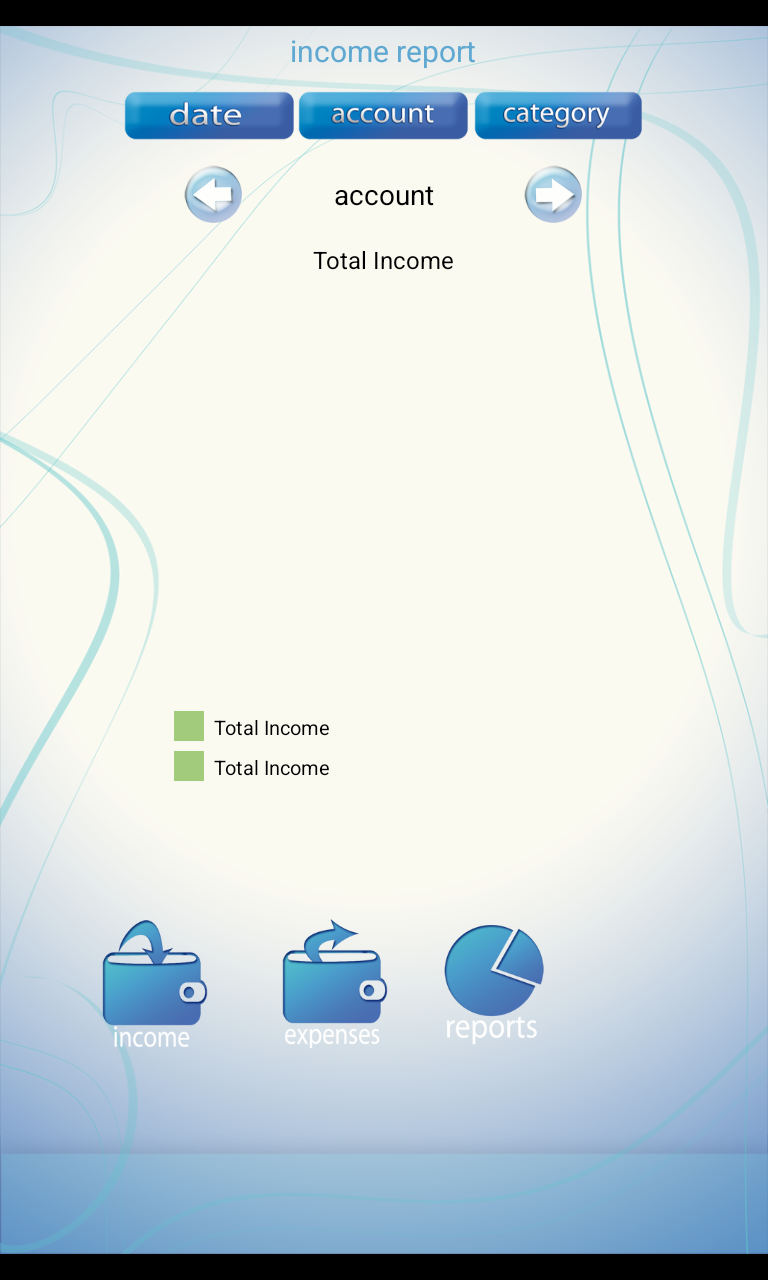
Repository: marlon-rodrigues/Nummus_Android
Layout: Nummus/res/layout/reports_screen.xml
An editor plug-in stored every save of this project. The layout is shown before and after the next save, followed by the edit.
It is drawn on a 768 x 1280 px phone screen (xhdpi) without system bars, with theme AppTheme; the app's code is not run. Lists and similar views that code fills are empty.

Above is the layout before, as saved 2012-08-21 15:33:38.

After the next save:
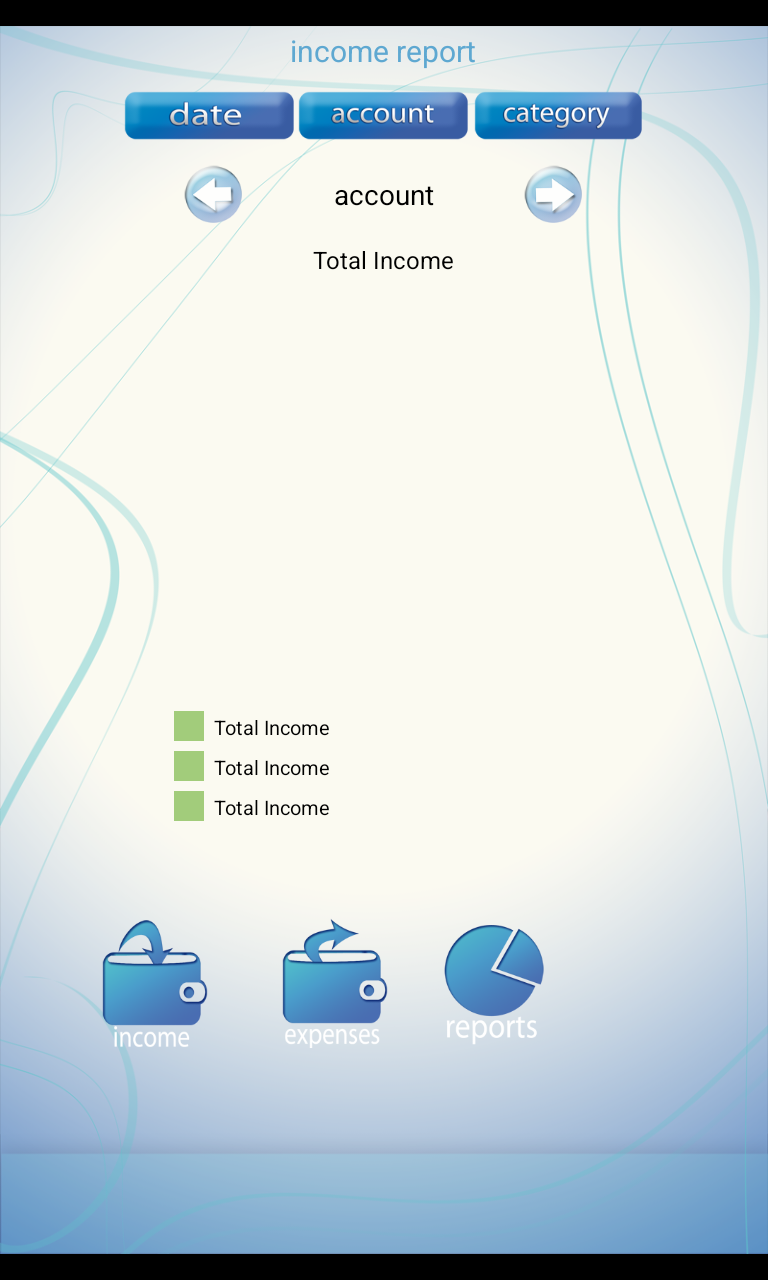
Saved 29 s later.
--- a/Nummus/res/layout/reports_screen.xml
+++ b/Nummus/res/layout/reports_screen.xml
@@ -236,6 +236,26 @@
 			        android:textColor="#000000"
 			        android:textSize="10sp" />
 
+				<ImageView
+				    android:id="@+id/imageViewIncomeGraph3"
+				    android:layout_width="15dp"
+				    android:layout_height="15dp"
+				    android:layout_alignParentBottom="true"
+				    android:layout_alignLeft="@+id/buttonLeftArrowAccounIncome"
+				    android:layout_marginBottom="30dp"
+				    android:background="#A2CC7B" />
+
+				<TextView
+			        android:id="@+id/textIncomeGraph3"
+			        android:layout_width="wrap_content"
+			        android:layout_height="wrap_content"
+			        android:layout_alignParentBottom="true"
+				    android:layout_marginLeft="45dp"
+				    android:layout_marginBottom="30dp"
+			        android:text="Total Income"
+			        android:textColor="#000000"
+			        android:textSize="10sp" />
+
 		</RelativeLayout>
 
 	</RelativeLayout>
